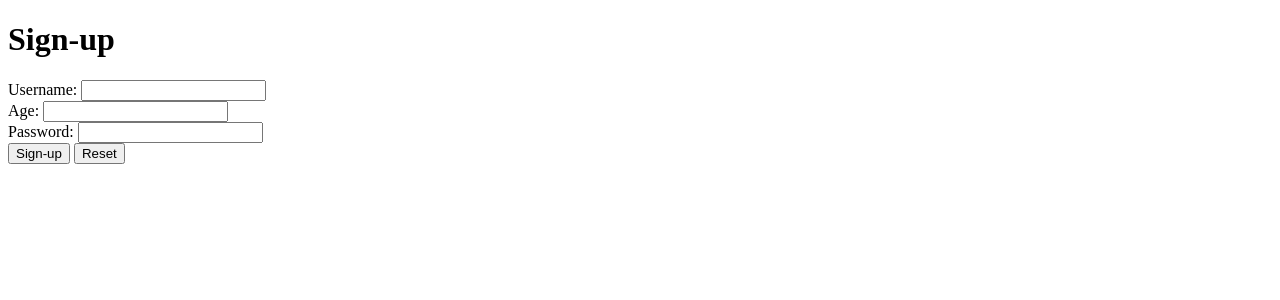
Repository: shounakmk219/training
Page: http://localhost/Fakebook/signup.jsp
An editor plug-in stored every save of this project. The page is shown before and after the next save, followed by the edit.
The browser window is 1280 px wide. The pictures show the whole page.
The page is served by Tomcat 9.

Above is the page before, as saved 2019-07-10 11:38:12.

After the next save:
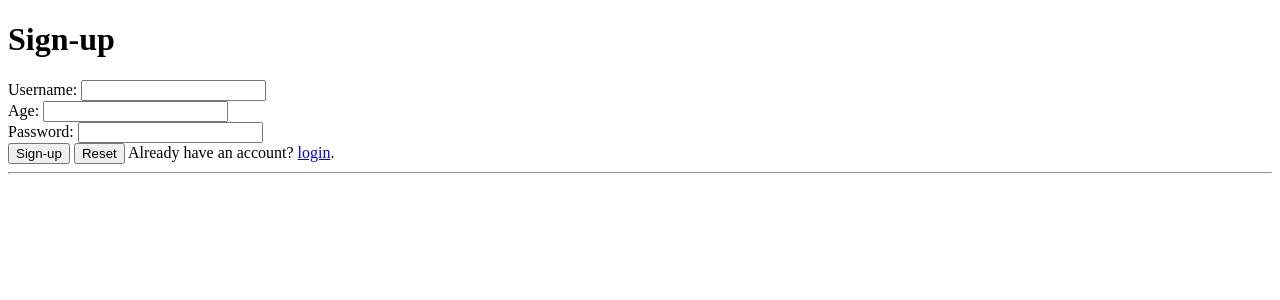
Saved 49 s later.
--- a/week2/Fakebook/WebContent/signup.jsp
+++ b/week2/Fakebook/WebContent/signup.jsp
@@ -14,6 +14,7 @@
 		Password: <input type="password" name="pass"/><br>
 		<input type="submit" value="Sign-up">
 		<input type="reset" value="Reset">
+		Already have an account? <a href="index.jsp">login</a>.<hr><br>
 	</form>
 </body>
 </html>
